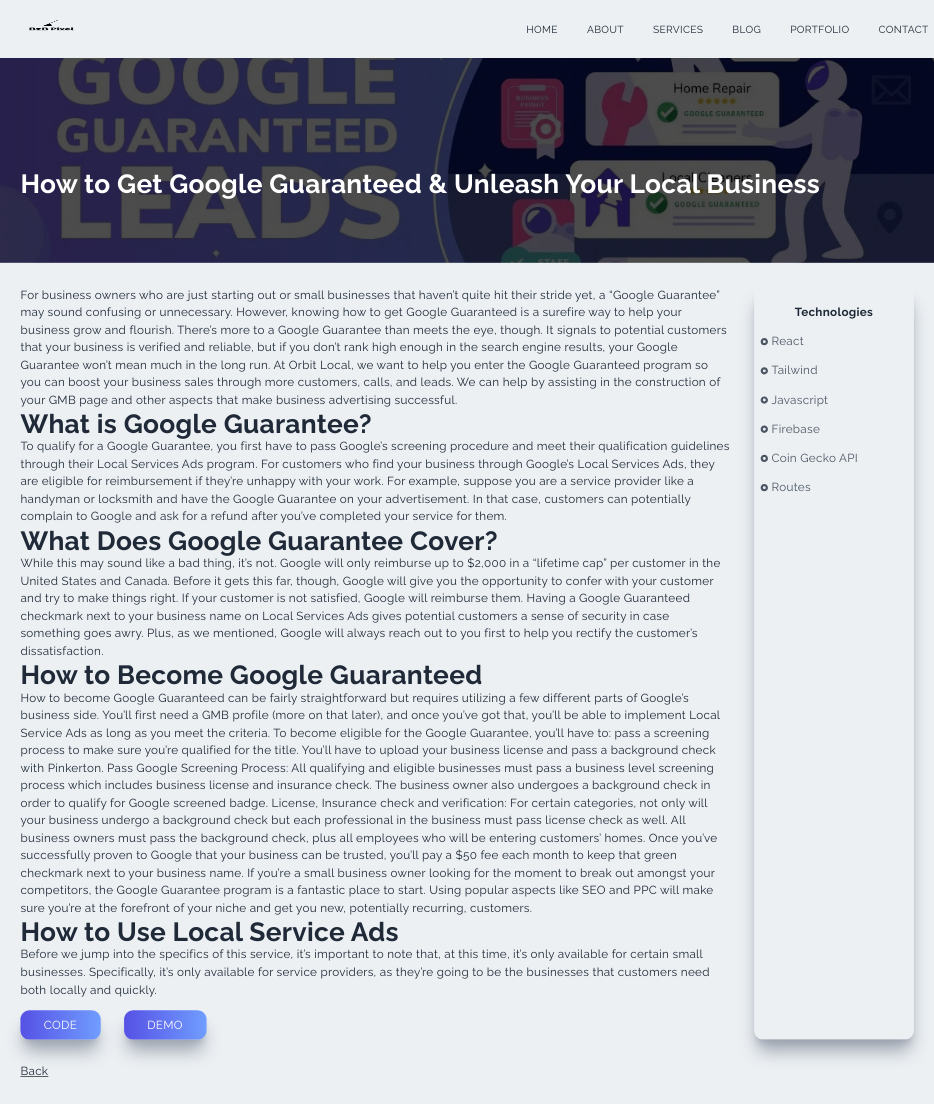
Repository: DID0101/nextjs.b2b
Page: /crypto
These files come from the project's save history. The page is drawn as it stood at one moment and after the next save; the edit follows.
The browser window is 1280 px wide. The pictures show the whole page, at 73% of full size.
The project was rebuilt for these pictures with package versions that can differ from the ones it lists, and the page was loaded fresh each time. The framework's server and built-in components were replaced by stand-ins that run in the browser. Also part of the build but not shown: next.config.js.

Above is the page before, as saved 2024-01-22 02:57:57.

After the next save:
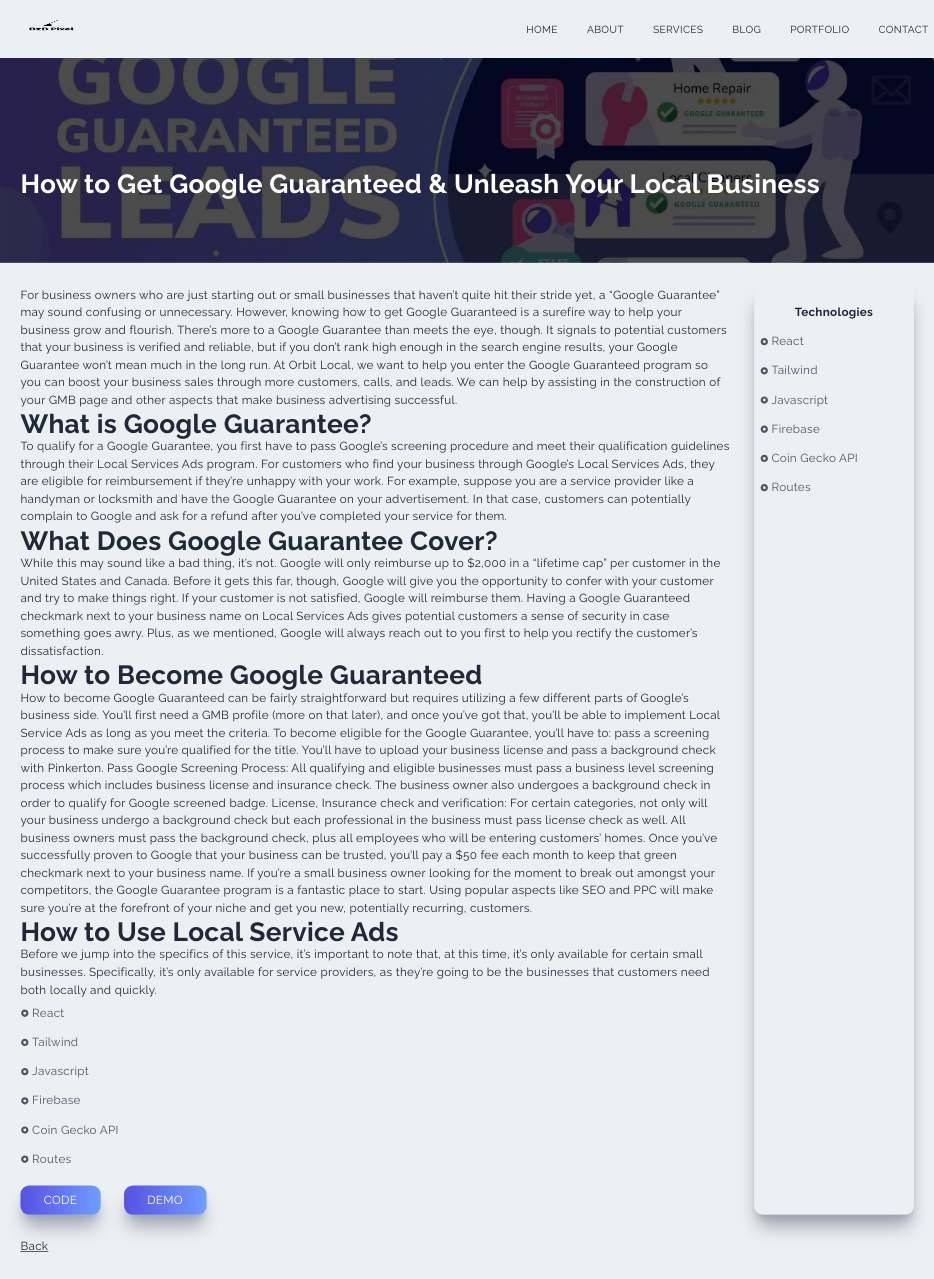
Saved 59 s later.
--- a/pages/crypto.jsx
+++ b/pages/crypto.jsx
@@ -57,7 +57,24 @@
 If you’re a small business owner looking for the moment to break out amongst your competitors, the Google Guarantee program is a fantastic place to start. Using popular aspects like SEO and PPC will make sure you’re at the forefront of your niche and get you new, potentially recurring, customers.</p>
 <h2>How to Use Local Service Ads</h2>
 <p>Before we jump into the specifics of this service, it’s important to note that, at this time, it’s only available for certain small businesses. Specifically, it’s only available for service providers, as they’re going to be the businesses that customers need both locally and quickly.</p>
-
+<p className='text-gray-600 py-2 flex items-center'>
+                <RiRadioButtonFill className='pr-1' /> React
+              </p>
+              <p className='text-gray-600 py-2 flex items-center'>
+                <RiRadioButtonFill className='pr-1' /> Tailwind
+              </p>
+              <p className='text-gray-600 py-2 flex items-center'>
+                <RiRadioButtonFill className='pr-1' /> Javascript
+              </p>
+              <p className='text-gray-600 py-2 flex items-center'>
+                <RiRadioButtonFill className='pr-1' /> Firebase
+              </p>
+              <p className='text-gray-600 py-2 flex items-center'>
+                <RiRadioButtonFill className='pr-1' /> Coin Gecko API
+              </p>
+              <p className='text-gray-600 py-2 flex items-center'>
+                <RiRadioButtonFill className='pr-1' /> Routes
+              </p>
           <a
             href='https://github.com/fireclint/crypto-react-firebase'
             target='_blank'
